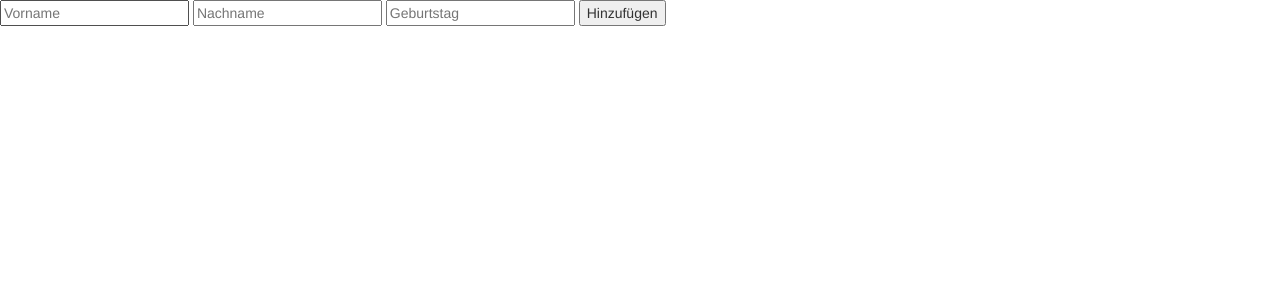
Repository: asdffdsa123/SA-Project
Page: SA-Webapp/WAR/index.html
The author's editor kept a copy of each file at every save. The page is drawn from the files as they stood at one save, then again after the next save.
The browser window is 1280 px wide. The pictures show the whole page.
Some web libraries are served in a nearby version.

Above is the page before, as saved 2013-11-24 13:58:57.

### SA-Webapp/WAR/index.html
<html>
	<head>
		<meta charset="utf-8">
		<link rel="stylesheet" href="//netdna.bootstrapcdn.com/bootstrap/3.0.2/css/bootstrap.min.css">
		<title>Wettkampf Registrierung</title>
	</head>
	<body>
		<form>
			<input type = "text" placeholder = "Vorname"/>
			<input type = "text" placeholder = "Nachname"/>
			<input type = "text" placeholder = "Geburtstag"/>
			<button type="submit">Hinzufügen</button>

		</form>
	</body>

</html>

After the next save:
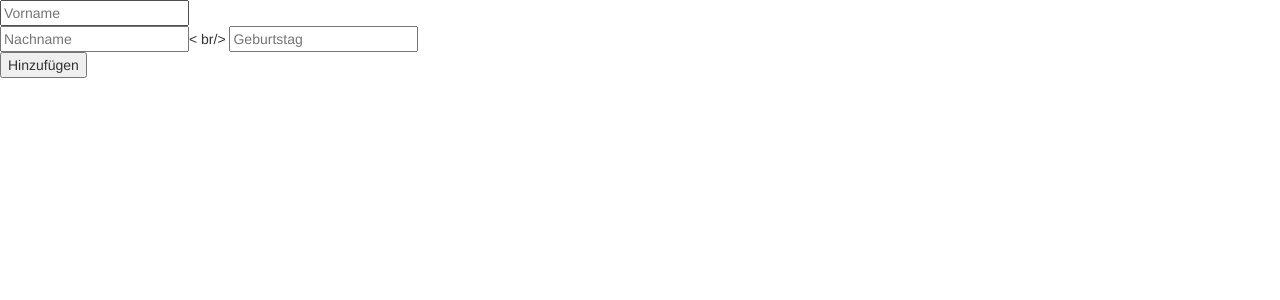
Saved 24 s later.
--- a/SA-Webapp/WAR/index.html
+++ b/SA-Webapp/WAR/index.html
@@ -6,9 +6,9 @@
 	</head>
 	<body>
 		<form>
-			<input type = "text" placeholder = "Vorname"/>
-			<input type = "text" placeholder = "Nachname"/>
-			<input type = "text" placeholder = "Geburtstag"/>
+			<input type = "text" placeholder = "Vorname"/> <br/>
+			<input type = "text" placeholder = "Nachname"/>< br/>
+			<input type = "text" placeholder = "Geburtstag"/> <br/>
 			<button type="submit">Hinzufügen</button>
 
 		</form>
